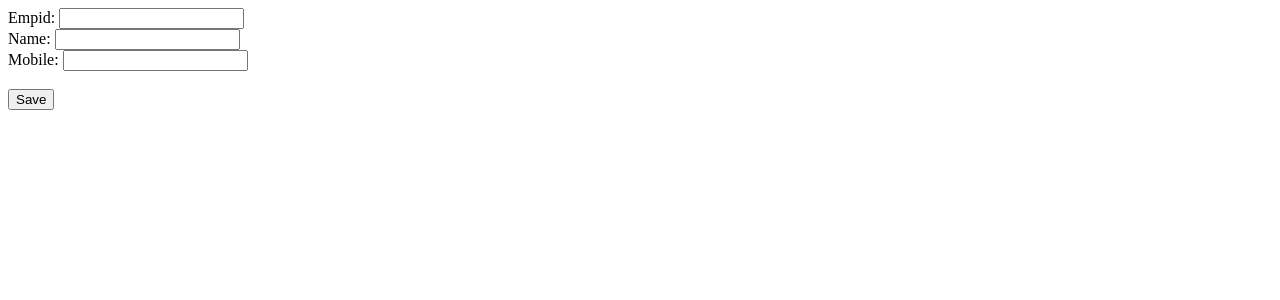
Repository: Suknaina/Repo
Page: MockServlet/src/main/webapp/Home.html
An editor plug-in stored every save of this project. The page is shown before and after the next save, followed by the edit.
The browser window is 1280 px wide. The pictures show the whole page.

Above is the page before, as saved 2023-05-23 17:04:10.

After the next save:
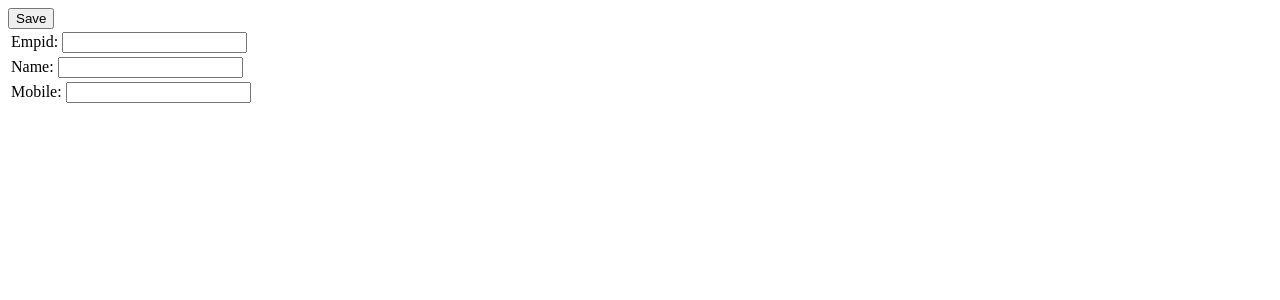
Saved 104 s later.
--- a/MockServlet/src/main/webapp/Home.html
+++ b/MockServlet/src/main/webapp/Home.html
@@ -7,9 +7,21 @@
 <body>
 <table>
 <form action="" method="post">
+<tr>
+<td>
 Empid: <input type="number" name="empid"><br>
+</td>
+</tr>
+<tr>
+<td>
 Name: <input type="text" name="name"><br>
+</td>
+</tr>
+<tr>
+<td>
 Mobile: <input type="number" name="mobile"><br><br>
+</td>
+</tr>
 <button>Save</button>
 </form>
 </table>
